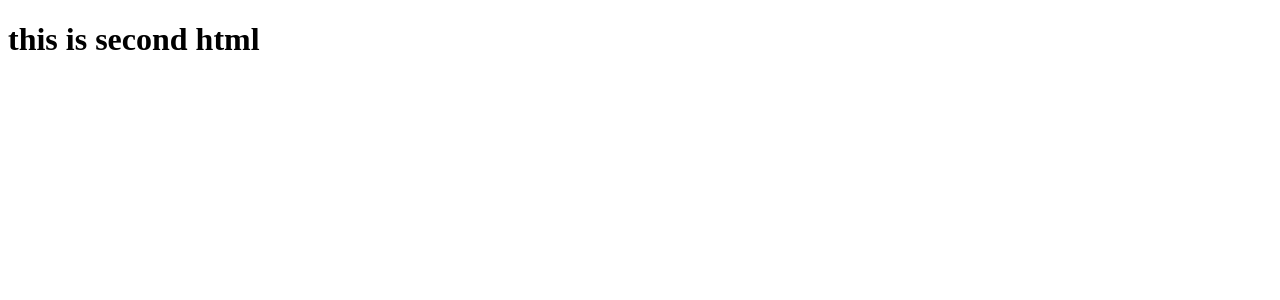
Repository: sohail3343/JAVA-PROJECT
Page: servlet4/src/main/webapp/SECOND.html
The author's editor kept a copy of each file at every save. The page is drawn from the files as they stood at one save, then again after the next save.
The browser window is 1280 px wide. The pictures show the whole page.

Above is the page before, as saved 2022-06-04 19:04:24.

After the next save:
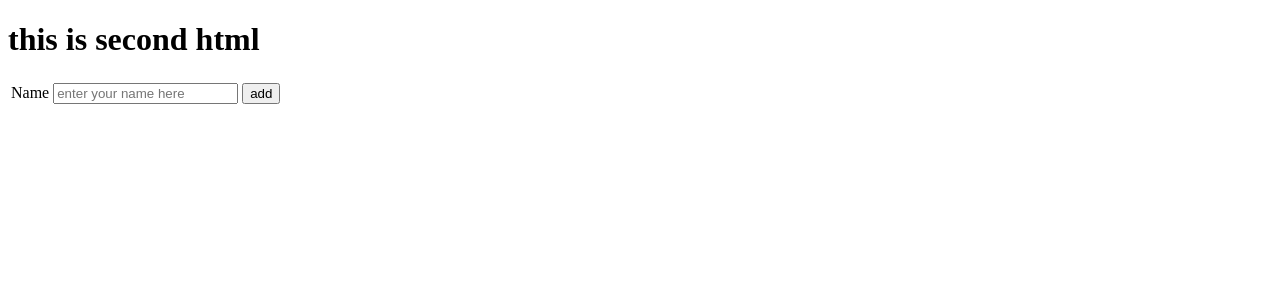
Saved 55 s later.
--- a/servlet4/src/main/webapp/SECOND.html
+++ b/servlet4/src/main/webapp/SECOND.html
@@ -7,6 +7,20 @@
 <body>
 <form action="twoinonehtml" method="get">
 <h1> this is second html</h1>
+<table>
+<tr>
+<td>
+Name
+<input type="text" name="name"  placeholder="enter your name here">
+<input type="submit" value="add">
+</td>
+</tr>
+<tr>
+
+</tr>
+
+
+</table>
 
 </form>
 </body>
